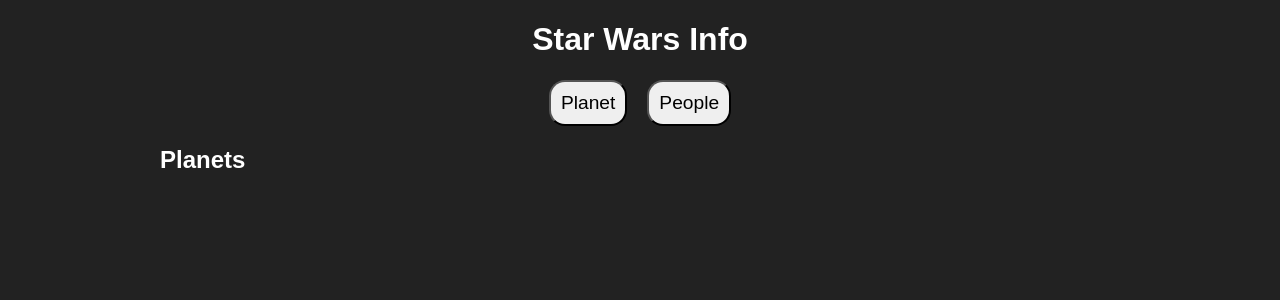
Repository: mireu-san/jikan-react-query
Page: /, after clicking the first element matching `button`
The author's editor kept a copy of each file at every save. The page is drawn from the files as they stood at one save, then again after the next save.
The browser window is 1280 px wide. The pictures show the whole page.
The project was rebuilt for these pictures with package versions that can differ from the ones it lists, and the page was loaded fresh each time.

Above is the page before, as saved 2022-11-29 19:31:26.

After the next save:
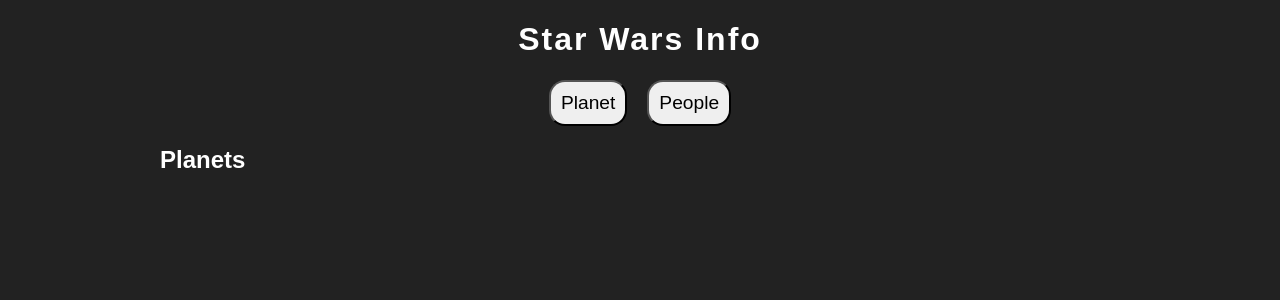
Saved 29 s later.
--- a/src/index.css
+++ b/src/index.css
@@ -11,6 +11,11 @@
     margin: 0 auto;
 }
 
+h1 {
+    color: #ffffff;
+    letter-spacing: 2px;
+}
+
 button {
     margin: 0 10px;
     padding: 10px;
